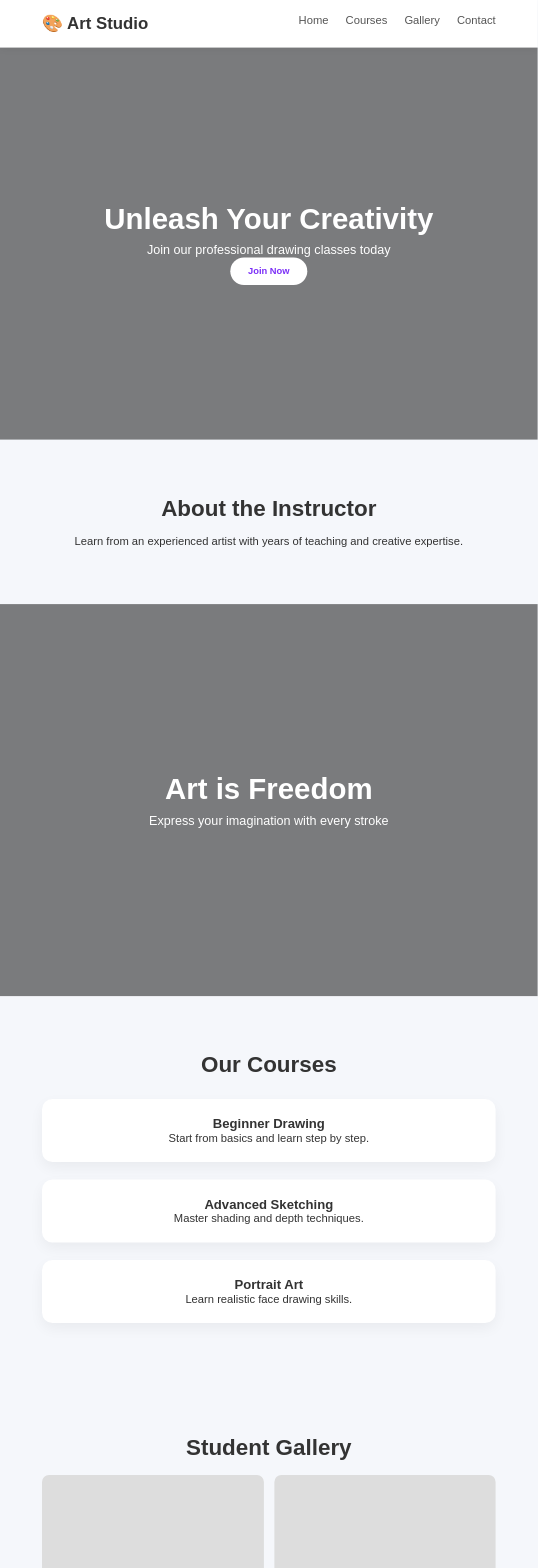
Repository: nandharjpm/Art-World
Page: http://localhost/
These files come from the project's save history. The page is drawn as it stood at one moment and after the next save; the edit follows.
The browser window is 768 px wide. The pictures show the part of the page from y = 0 to 2240 px (the page is 2747 px tall before and 2907 px after), at 70% of full size.
Backgrounds fixed to the window are drawn as part of the page. The page is served by the project's Laravel application, run on PHP 8.4 with Laravel 12.

Above is the page before, as saved 2026-04-18 14:57:41.

After the next save:
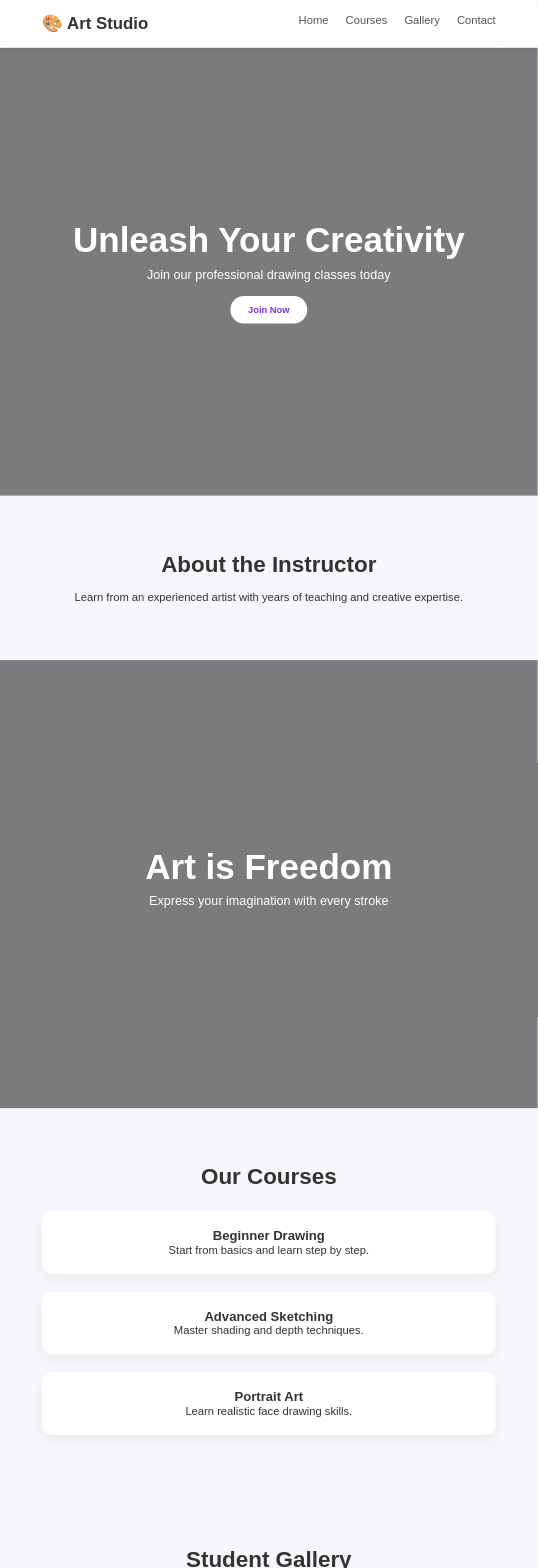
Saved 47 s later.
--- a/public/css/style.css
+++ b/public/css/style.css
@@ -18,6 +18,9 @@ body {
     padding: 20px 60px;
     background: #ffffff;
     box-shadow: 0 4px 10px rgba(0,0,0,0.05);
+    position: sticky;
+    top: 0;
+    z-index: 1000;
 }
 
 .navbar h1 {
@@ -36,27 +39,45 @@ body {
     color: #000;
 }
 
-/* Hero Section */
-.hero {
+/* PARALLAX */
+.parallax {
     height: 80vh;
+    background-size: cover;
+    background-position: center;
+    background-attachment: fixed;
     display: flex;
     justify-content: center;
     align-items: center;
     text-align: center;
-    background: linear-gradient(135deg, #7b2ff7, #f107a3);
+    position: relative;
     color: white;
 }
 
-.hero h1 {
-    font-size: 50px;
-    margin-bottom: 15px;
+/* Overlay */
+.parallax::before {
+    content: "";
+    position: absolute;
+    inset: 0;
+    background: rgba(0, 0, 0, 0.5);
 }
 
-.hero p {
-    font-size: 18px;
-    margin-bottom: 25px;
+/* Content */
+.parallax-content {
+    position: relative;
+    z-index: 2;
 }
 
+.parallax h1 {
+    font-size: 50px;
+    margin-bottom: 10px;
+}
+
+.parallax p {
+    font-size: 18px;
+    margin-bottom: 20px;
+}
+
+/* Button */
 .btn {
     padding: 12px 25px;
     border-radius: 30px;
@@ -142,44 +163,8 @@ body {
     .gallery {
         grid-template-columns: 1fr 1fr;
     }
+
+    .parallax {
+        background-attachment: scroll;
+    }
 }
-
-/* PARALLAX SECTION */
-.parallax {
-    height: 70vh;
-    background-size: cover;
-    background-position: center;
-    background-attachment: fixed;
-    position: relative;
-    display: flex;
-    justify-content: center;
-    align-items: center;
-    color: white;
-    text-align: center;
-}
-
-/* Overlay for premium look */
-.parallax::before {
-    content: "";
-    position: absolute;
-    top: 0;
-    left: 0;
-    right: 0;
-    bottom: 0;
-    background: rgba(0, 0, 0, 0.5);
-}
-
-/* Content inside parallax */
-.parallax-content {
-    position: relative;
-    z-index: 2;
-}
-
-.parallax h1 {
-    font-size: 42px;
-    margin-bottom: 10px;
-}
-
-.parallax p {
-    font-size: 18px;
-}
